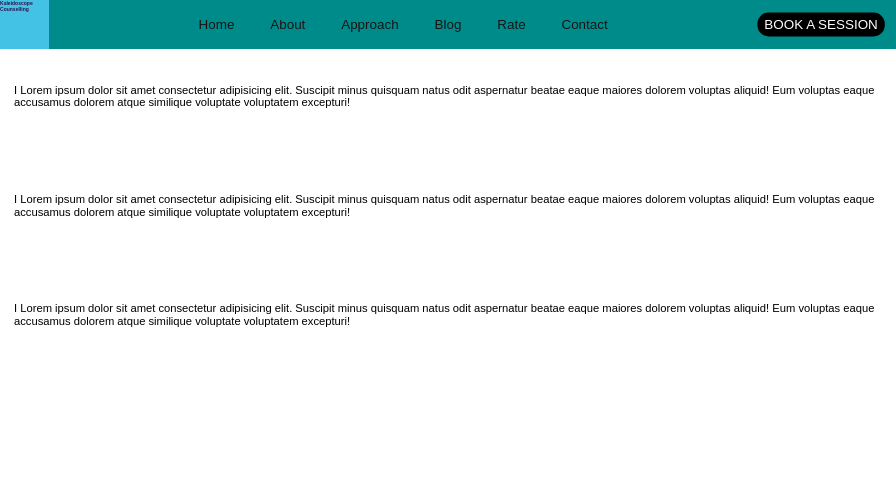
Repository: voutadi/ava-website
Page: index.html
An editor plug-in stored every save of this project. The page is shown before and after the next save, followed by the edit.
The browser window is 1280 px wide. The pictures show the part of the page from y = 0 to 1920 px (the page is 720 px tall before and 3120 px after), at 70% of full size.

Above is the page before, as saved 2024-11-19 20:31:57.

### index.html
<!DOCTYPE html>
<html lang="en">
  <head>
    <meta charset="UTF-8" />
    <meta name="viewport" content="width=device-width, initial-scale=1.0" />
    <link rel="stylesheet" href="styles/style.css" />

    <title>Kaleidoscope Counselling</title>
  </head>
  <body>
    <div class="header">
      <div class="logo-container">
        <div class="logo">
          Kaleidoscope <br />
          Counselling
        </div>
      </div>
      <div class="navbar">
        <ul>
          <li><a href="#home">Home</a></li>
          <li>
            <a
              href="https://www.psychologytoday.com/ca/therapists/ava-outadi-port-moody-bc/1111563" target="_blank"
              >About</a
            >
          </li>
          <li><a href="#approach">Approach</a></li>
          <li><a href="#blog">Blog</a></li>
          <li><a href="#rate">Rate</a></li>
          <li><a href="#contact">Contact</a></li>
        </ul>
      </div>
      <div class="appointment">
        <button>BOOK A SESSION</button>

      </div>

    </div>

    <p>
      I Lorem ipsum dolor sit amet consectetur adipisicing elit. Suscipit minus
      quisquam natus odit aspernatur beatae eaque maiores dolorem voluptas
      aliquid! Eum voluptas eaque accusamus dolorem atque similique voluptate
      voluptatem excepturi!
    </p>
    <p>
      I Lorem ipsum dolor sit amet consectetur adipisicing elit. Suscipit minus
      quisquam natus odit aspernatur beatae eaque maiores dolorem voluptas
      aliquid! Eum voluptas eaque accusamus dolorem atque similique voluptate
      voluptatem excepturi!
    </p>
    <p>
      I Lorem ipsum dolor sit amet consectetur adipisicing elit. Suscipit minus
      quisquam natus odit aspernatur beatae eaque maiores dolorem voluptas
      aliquid! Eum voluptas eaque accusamus dolorem atque similique voluptate
      voluptatem excepturi!
    </p>
  </body>
</html>

### styles/style.css
* {
  margin: 0;
  padding: 0;
  box-sizing: border-box;
}
body {
  background-color: rgb(128,128,0)

  height: 3000px;
  font-family: Arial, Helvetica, sans-serif;
  font-size: 1rem;
}
.header {
  max-width: 100%; /*Make sure Take all of her parent element(body)on all different devices .*/
  height: 70px;
  position: fixed;
  top: 0;
  left: 0;
  right: 0;
  background-color: rgb(0,139,139);

  display: flex;
  justify-content: space-between;
  align-items: center;

  box-shadow: 0 2px 4px rgba(243, 172, 172, 0.15); /* Adds a subtle shadow for depth, optional */
}
.logo-container {
  width: 70px; /* Put condition for smaller or biger divice*/

  background-color: rgb(67, 194, 229);
  height: 70px;
}
.logo {
  color: rgb(50, 21, 77);
  font-size: 0.45rem;
  font-weight: bold;
}

.navbar ul {
  display: flex;
  flex: 1;
  justify-content: center;
  list-style-type: none;
  flex-wrap: wrap;
}
.navbar li {
  display: flex;
  justify-content: end;
  margin: 1rem;
}
.navbar a {
  font-size: 2px;
  color: rgb(25, 20, 20);
  font-weight: 500;

  text-decoration: none;
}
.navbar a:hover {
  background-color: rgb(192, 175, 175);
  padding: 2px 4px;
  border-radius: 6px;
  transition: 0.15s;
}

.navbar a:active {
  background-color: rgb(176, 163, 163);
}

button {
  background-color: black;
  color: rgb(255, 255, 255);
  font-size: 1rem;
  padding: 10px 20px;
  margin-right: 2rem;
  border-width: 2px;
  border-style: solid;

  cursor: pointer;
}
button:hover {
  background-color: white;

  color: black;
  transition: 0.15s;
  padding: 12px 24px;
}
button:active {
  padding: 18px 24px;
}
p {
  margin-top: 120px;
  margin-left: 20px;
}
@media (max-width: 380px) {
  body {
    font-size: 0.35rem;
  }
  /* Smaller font size */
}

button {
  font-size: 0.45rem;
  padding: 2px;
  margin-right: 0.3rem;
}
button:hover {
  font-size: 0.45rem;
  padding: 2px;
}
button:active {
  padding: 3px;
}
.navbar li {
  margin: 0.18rem;
}
.navbar a {
  font-size: 0.5rem;
}

@media (min-width: 381px) and (max-width: 600px) {
  body {
    font-size: 0.5rem;
  } /* Smaller font size */
  button {
    font-size: 0.5rem;
    padding: 2px 4px;
    margin-right: 0.5rem;
    border-radius: 10px;
  }
  button:hover {
    font-size: 0.5rem;
    padding: 2px;
  }
  button:active {
    padding: 3px;
  }
  .navbar li {
    margin: 0.3rem;
  }
  .navbar a {
    font-size: 0.6rem;
  }
}
@media (min-width: 601px) and (max-width: 910px) {
  body {
    font-size: 0.75rem;
  } /* Smaller font size */
  button {
    font-size: 0.75rem;
    padding: 2px 4px;
    margin-right: 0.75rem;
    border-radius: 10px;
  }
  button:hover {
    font-size: 0.75rem;
    padding: 2px;
  }
  button:active {
    padding: 3px;
  }
  .navbar li {
    margin: 0.5rem;
  }
  .navbar a {
    font-size: 0.8rem;
  }
}
@media (min-width: 911px) {
  .navbar a {
    font-size: 1.2rem;
  }
  .navbar li {
    margin: 1.6rem;
  }
  button {
    font-size: 1.2rem;
    font-weight: 600px;

    padding: 4px 8px;
    margin-right: 1rem;
    border-radius: 16px;
  }
  button:hover {
    font-size: 1.4rem;
    padding: 6px 10px;
  }
  button:active {
    padding: 3px;
  }
}

After the next save:
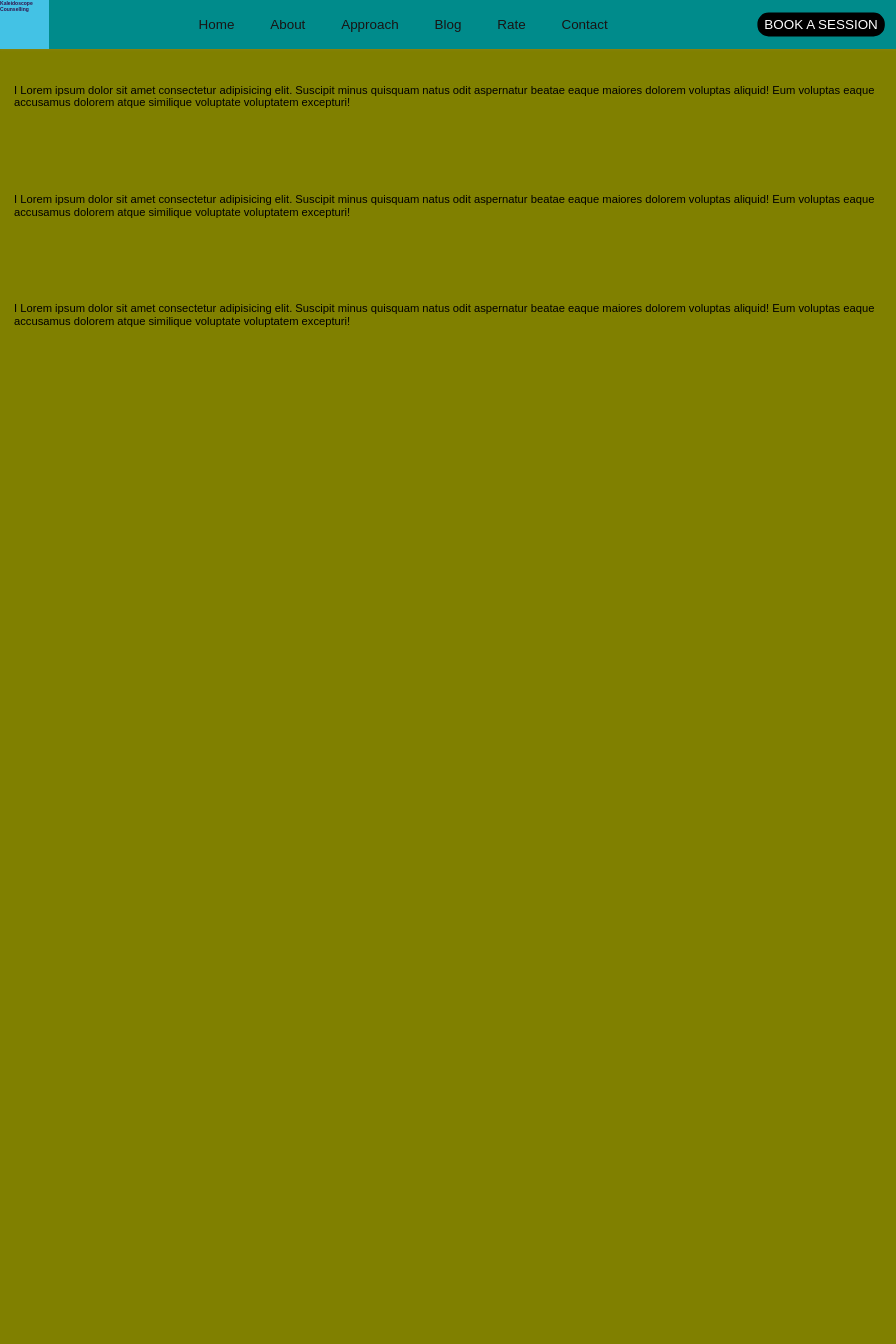
Saved 24 s later.
--- a/styles/style.css
+++ b/styles/style.css
@@ -4,7 +4,7 @@
   box-sizing: border-box;
 }
 body {
-  background-color: rgb(128,128,0)
+  background-color: rgb(128,128,0);
 
   height: 3000px;
   font-family: Arial, Helvetica, sans-serif;
